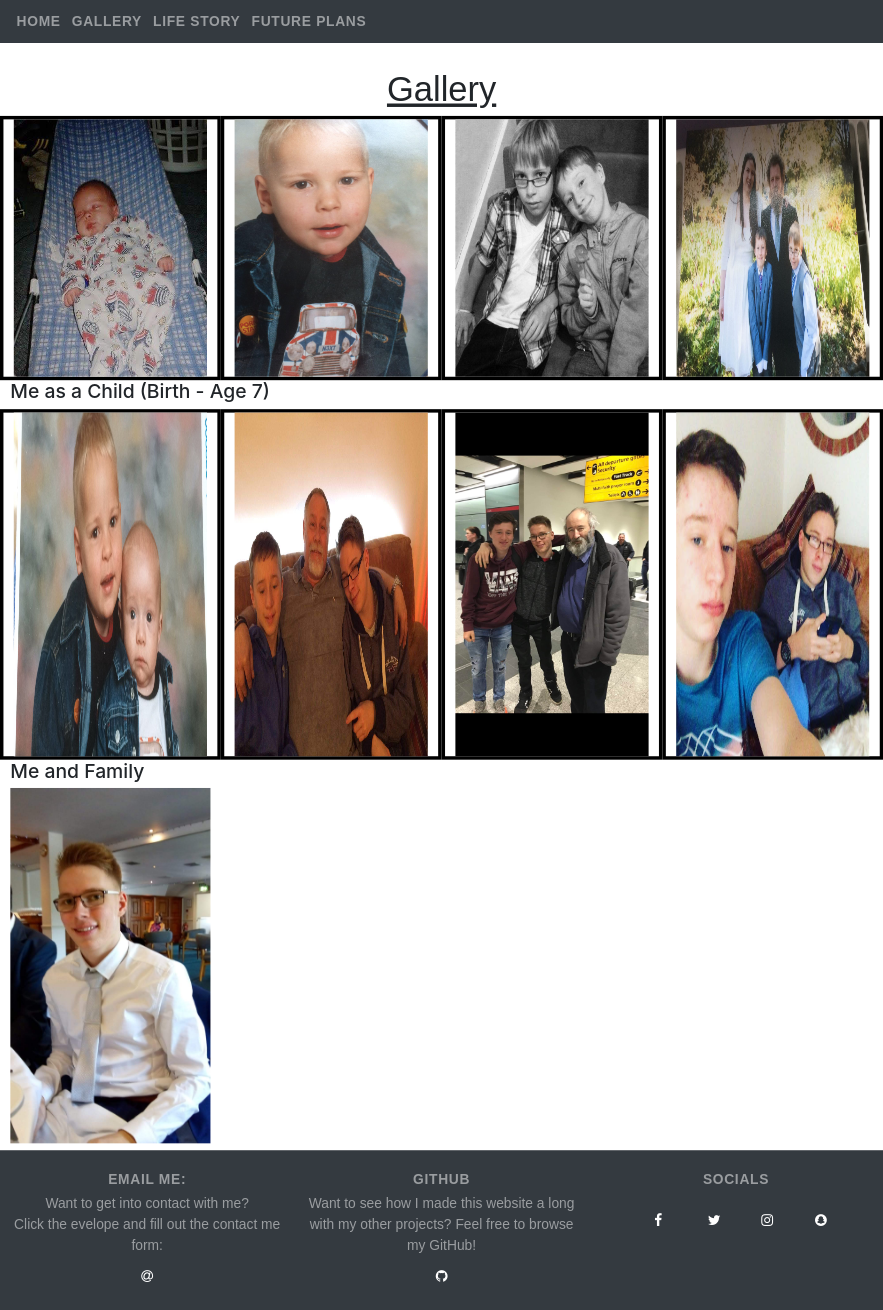
Repository: Code-Institute-Submissions/user-centric-frontend-dev-milestone-project
Page: gallery.html
The author's editor kept a record of every edit. The page is drawn from the files as they stood at one moment, then again after the next edit.
The browser window is 1280 px wide. The pictures show the whole page, at 69% of full size.
Some web fonts or font styles are not loaded; a fallback is used.

Above is the page before.

After the next edit:
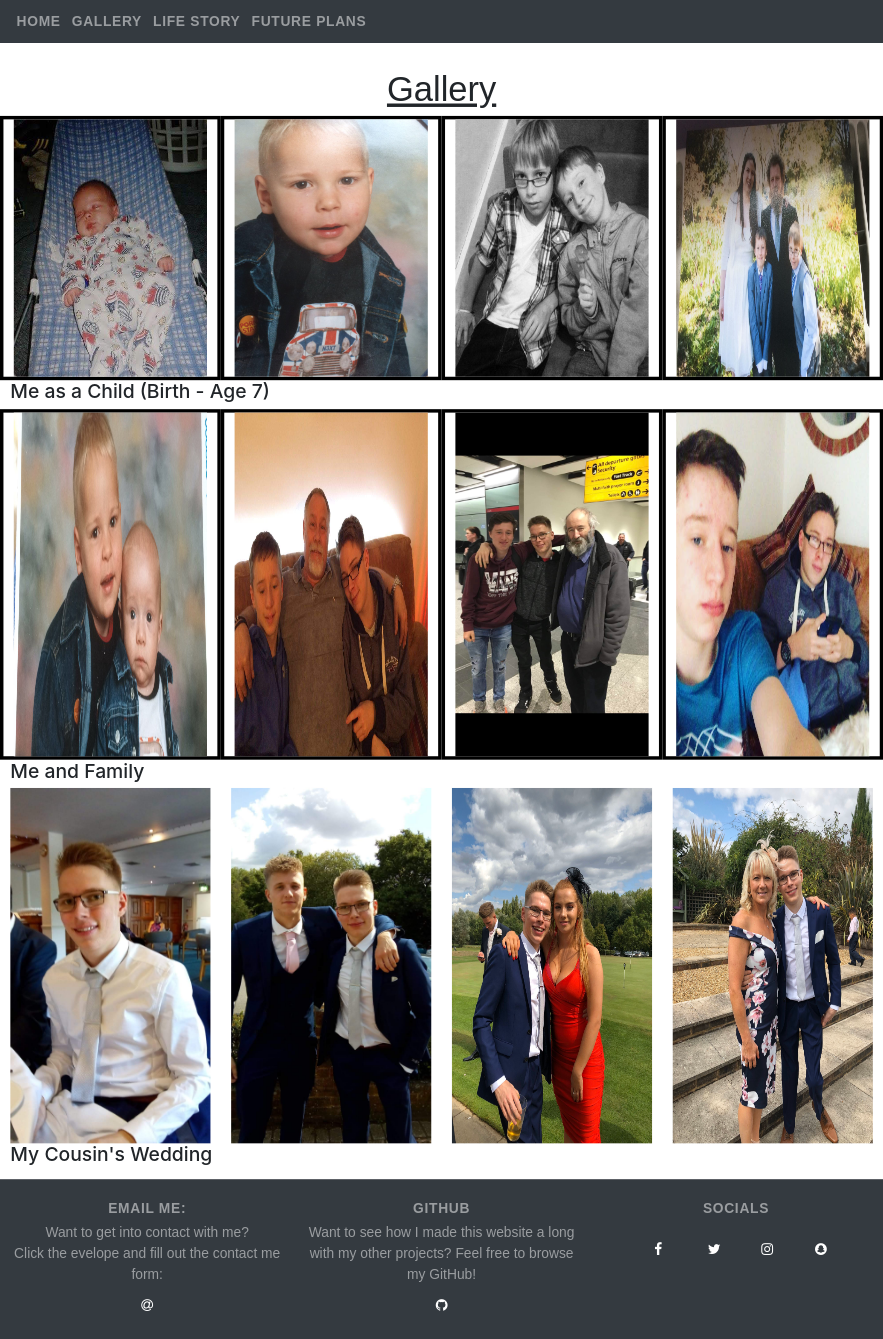
The edit:
--- a/gallery.html
+++ b/gallery.html
@@ -84,6 +84,18 @@
                     <div class="col-sm-3 third-row">
                         <img src="assets/images/will_wedding.jpg" alt="will_wedding">
                     </div>
+                    <div class="col-sm-3 third-row">
+                        <img src="assets/images/will_and_josh_at_wedding.jpg" alt="will_josh_wedding">
+                    </div>
+                    <div class="col-sm-3 third-row">
+                        <img src="assets/images/will_and_mel_wedding.jpg" alt="will_mel_wedding">
+                    </div>
+                    <div class="col-sm-3 third-row">
+                        <img src="assets/images/will_and_gala_wedding.jpg" alt="will_gala_wedding">
+                    </div>
+                    <div class="col">
+                        <h3 class="image_group">My Cousin's Wedding</h3>
+                    </div>
                 </div>
             </div>
         </section>
